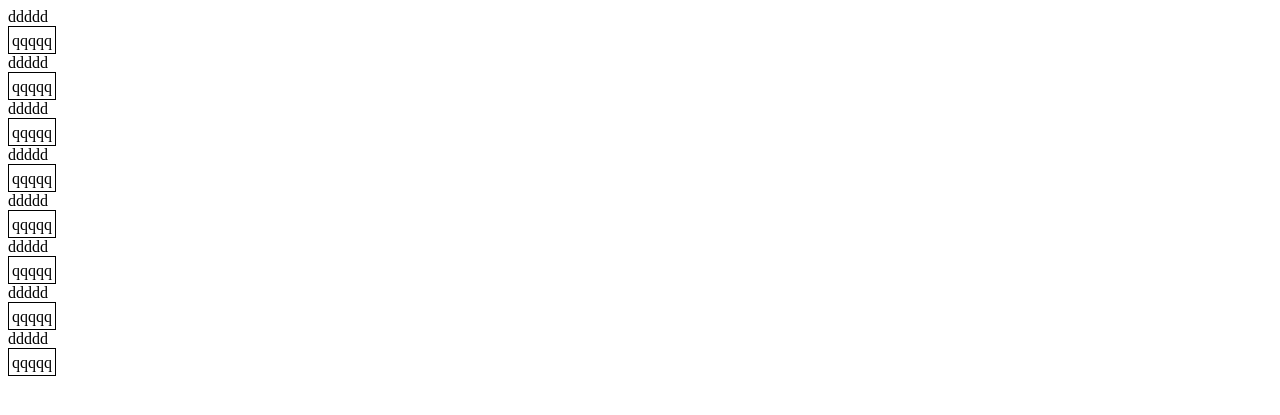
Repository: kkj68106810-dot/jsp2026
Page: http://localhost/chapter01/test02.jsp
An editor plug-in stored every save of this project. The page is shown before and after the next save, followed by the edit.
The browser window is 1280 px wide. The pictures show the whole page.
The page is served by Tomcat 9.

Above is the page before, as saved 2026-10-16 04:18:03.

### chapter01/src/main/webapp/test02.jsp
<%@ page language="java" contentType="text/html; charset=UTF-8"
    pageEncoding="UTF-8"%>
<!DOCTYPE html>
<html>
<head>
<meta charset="UTF-8">
<title>Insert title here</title>
<style>
	table {
		border: 1px solid black;
	}
</style>
</head>
<body>
<!-- 구구단 2단부터 9단까지 -->

<%
	String printStr = "";
	for(int i = 2; i <10; i++) {
		for(int j = 1; j<10; j++) {
			printStr += i + "X" + j + "=";
			printStr += i*j + " ";
			if(j == 9) {
				%>


				<table>
					<tbody>
						<tr>ddddd</tr>
						<td>qqqqq</td>
					</tbody>
				</table>

				<%!


				%>

				<%
				printStr += "<br>";
			}

		}
	}
%>








</body>
</html>

After the next save:
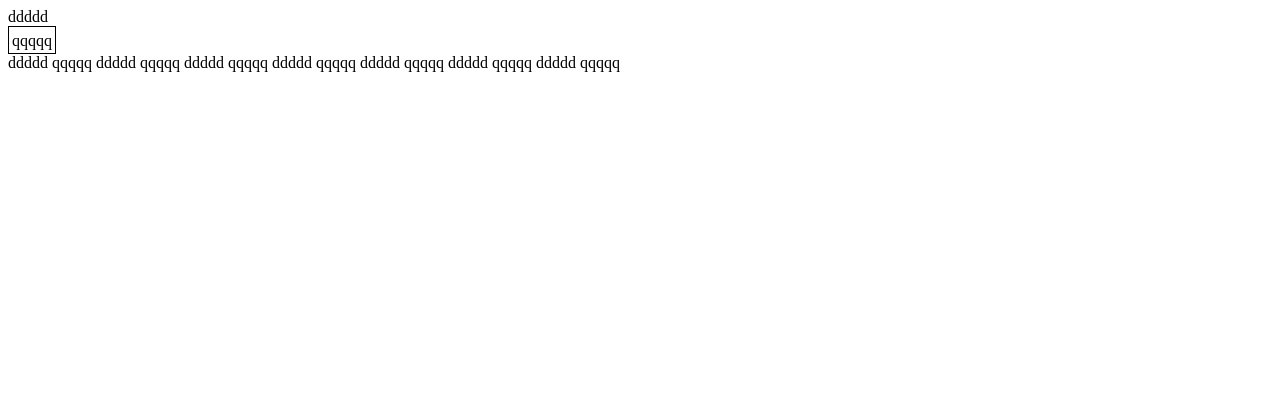
Saved 19 s later.
--- a/chapter01/src/main/webapp/test02.jsp
+++ b/chapter01/src/main/webapp/test02.jsp
@@ -14,6 +14,9 @@
 <body>
 <!-- 구구단 2단부터 9단까지 -->
 
+				<table>
+					<tbody>
+
 <%
 	String printStr = "";
 	for(int i = 2; i <10; i++) {
@@ -24,8 +27,7 @@
 				%>
 
 
-				<table>
-					<tbody>
+
 						<tr>ddddd</tr>
 						<td>qqqqq</td>
 					</tbody>
